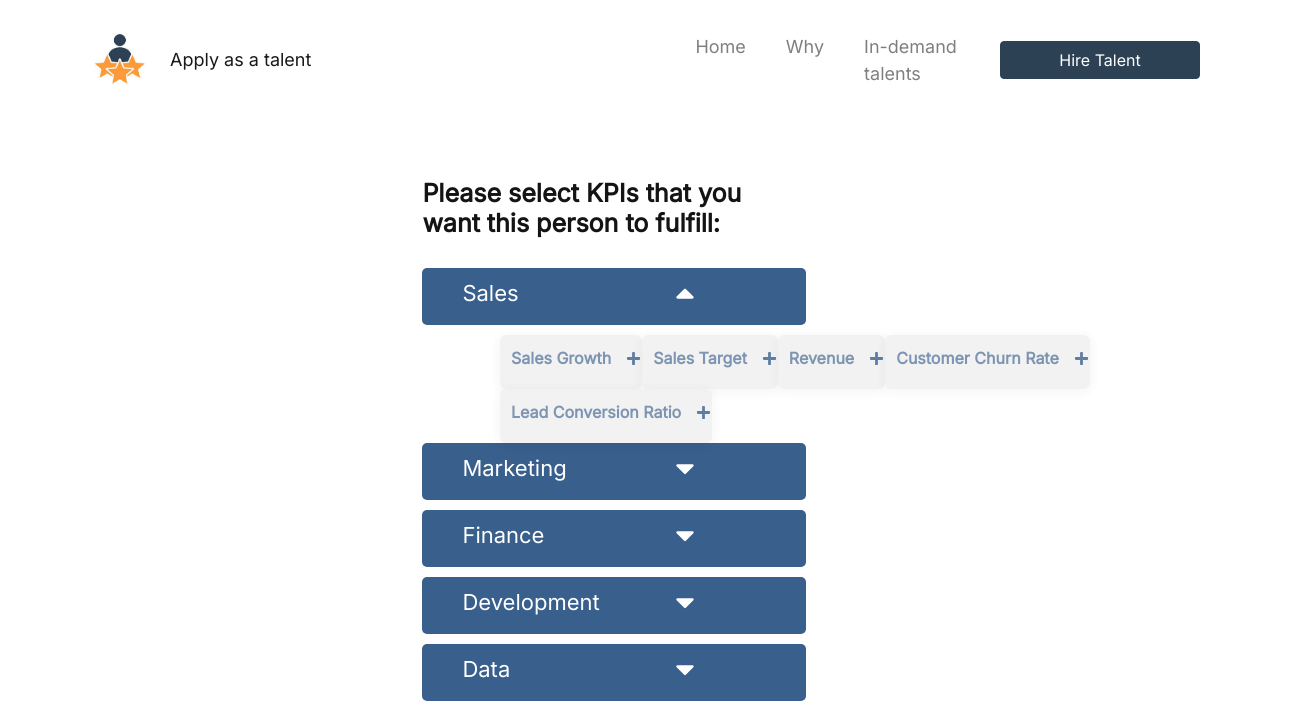
Repository: Ashwe9/talent-hire-reactJs
Page: /kpis, after clicking the first element matching `div.dropdown-box`
The author's editor kept a copy of each file at every save. The page is drawn from the files as they stood at one save, then again after the next save.
The browser window is 1280 px wide. The page is 1295 px wide, so the pictures cover 1295 px, including what lies to the right of the window. The pictures show the whole page.
The project was rebuilt for these pictures with package versions that can differ from the ones it lists, and the page was loaded fresh each time. A package was used in the major version that the imports need, not the one package.json lists. Also part of the build but not shown: src/homePage/components/TrustedBy/TrustedBy.css, src/homePage/components/TrustedBy/TrustedBy.js, src/homePage/components/Roles/Roles.css, src/homePage/components/Roles/Roles.js, src/homePage/components/homePageFooter/HomePageFooter.css, src/homePage/components/homePageFooter/HomePageFooter.js, src/homePage/HomePage.js, src/projectDetails/ProjectDetails.js.

Above is the page before, as saved 2022-08-18 17:27:43.

After the next save:
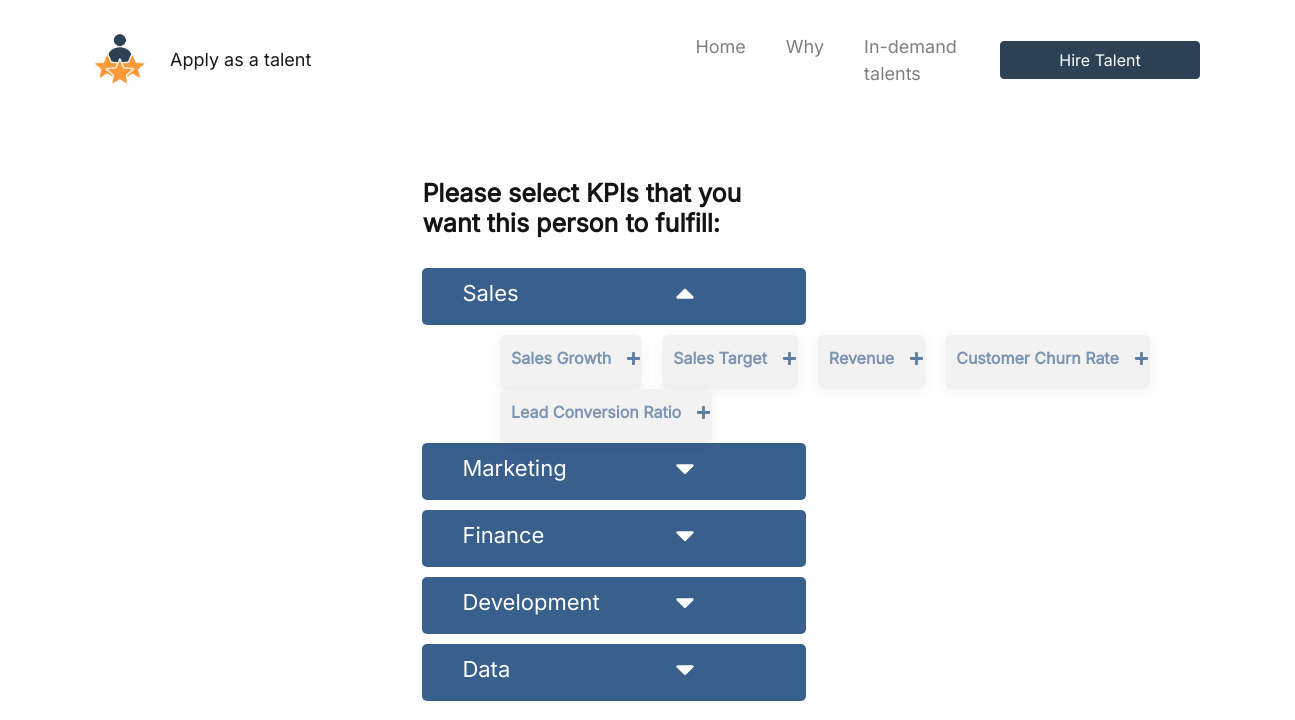
Saved 23 s later.
--- a/src/kpisPage/Talents.css
+++ b/src/kpisPage/Talents.css
@@ -33,6 +33,7 @@
     padding: 10px;
     padding-right: 30px;
     width: fit-content;
+    margin-right: 20px;
 }
 
 
